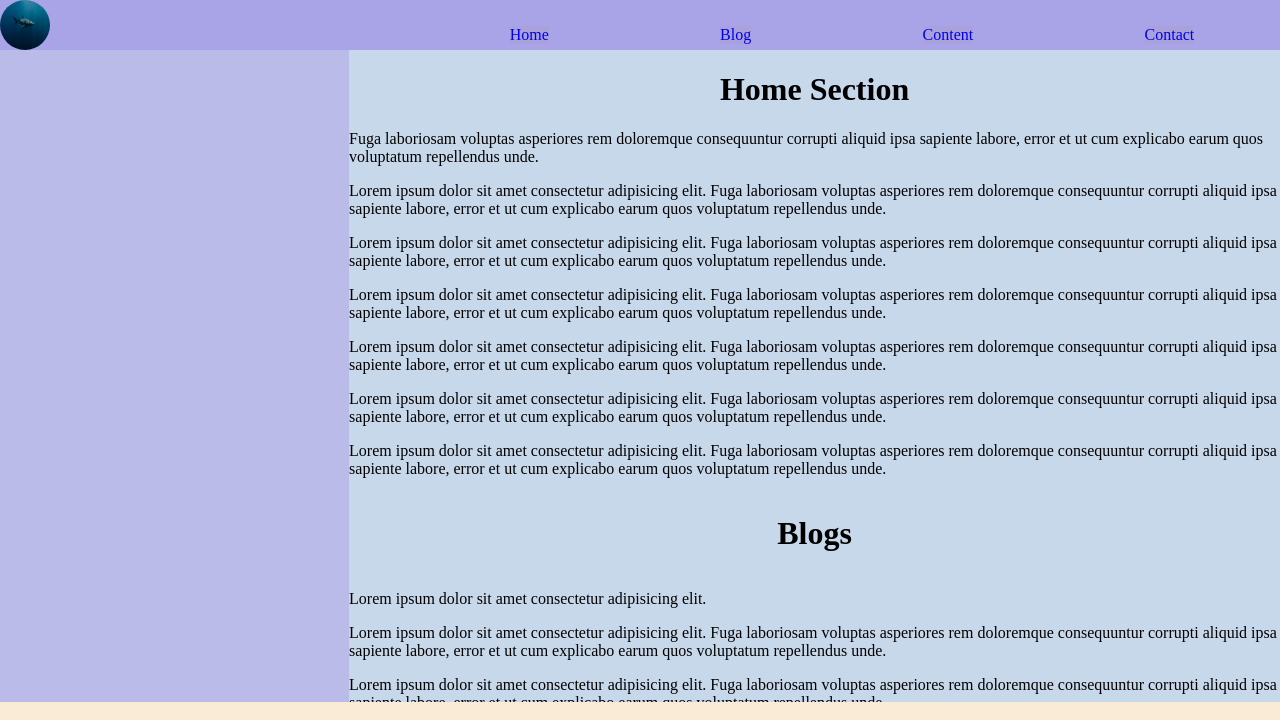
Repository: purnimapatel/fish-world
Page: index.html
These files come from the project's save history. The page is drawn as it stood at one moment and after the next save; the edit follows.
The browser window is 1280 px wide. The pictures show the whole page.
An inner scrolling area shows only its first screen.

Above is the page before, as saved 2024-08-25 15:18:18.

### index.html
<!DOCTYPE html>
<html lang="en">
<head>
    <meta charset="UTF-8">
    <meta name="viewport" content="width=device-width, initial-scale=1.0">
    <title>Document</title>
    <link  rel = "stylesheet" type = "text/css" href = "style.css"/>

    <!-- <link rel="stylesheet" type="text/css" href="styles.css"> -->

</head>
<body>
    <div class=" container">
        <div class = "navbar">
            <div id="logo">
                <a href="https://www.google.com/" target=" _blank"><img  id = "img1"src = "\img\image1.jpg"></a>
            </div>
            <div id = "list-content">
                <ul id="list">
                    <a href="#home"><li>Home</li></a>
                    <a href ="#blog"><li>Blog</li></a>
                    <a href="#content"><li>Content</li></a>
                    <a href="#contact"><li>Contact</li></a>
                </ul>
            </div>

        </div>
        <div class="lower">
        <div class ="leftPanel">
        </div>
        <div class = "mainBody">
            <div id="home">
                <div id = "header">
                    <h1> Home Section</h1>
                </div>
                Fuga laboriosam voluptas asperiores rem doloremque consequuntur corrupti aliquid ipsa sapiente labore, error et ut cum explicabo earum quos voluptatum repellendus unde.</p>
            <p>Lorem ipsum dolor sit amet consectetur adipisicing elit. Fuga laboriosam voluptas asperiores rem doloremque consequuntur corrupti aliquid ipsa sapiente labore, error et ut cum explicabo earum quos voluptatum repellendus unde.</p>
            <p>Lorem ipsum dolor sit amet consectetur adipisicing elit. Fuga laboriosam voluptas asperiores rem doloremque consequuntur corrupti aliquid ipsa sapiente labore, error et ut cum explicabo earum quos voluptatum repellendus unde.</p>
            <p>Lorem ipsum dolor sit amet consectetur adipisicing elit. Fuga laboriosam voluptas asperiores rem doloremque consequuntur corrupti aliquid ipsa sapiente labore, error et ut cum explicabo earum quos voluptatum repellendus unde.</p>
            <p>Lorem ipsum dolor sit amet consectetur adipisicing elit. Fuga laboriosam voluptas asperiores rem doloremque consequuntur corrupti aliquid ipsa sapiente labore, error et ut cum explicabo earum quos voluptatum repellendus unde.</p>
            <p>Lorem ipsum dolor sit amet consectetur adipisicing elit. Fuga laboriosam voluptas asperiores rem doloremque consequuntur corrupti aliquid ipsa sapiente labore, error et ut cum explicabo earum quos voluptatum repellendus unde.</p>
            <p>Lorem ipsum dolor sit amet consectetur adipisicing elit. Fuga laboriosam voluptas asperiores rem doloremque consequuntur corrupti aliquid ipsa sapiente labore, error et ut cum explicabo earum quos voluptatum repellendus unde.</p>

            </div>
            <div id ="blog">
                <div id = "header">
                    <h1> Blogs</h1>
                </div>
                <p>Lorem ipsum dolor sit amet consectetur adipisicing elit.
                    <p>Lorem ipsum dolor sit amet consectetur adipisicing elit. Fuga laboriosam voluptas asperiores rem doloremque consequuntur corrupti aliquid ipsa sapiente labore, error et ut cum explicabo earum quos voluptatum repellendus unde.</p>
                    <p>Lorem ipsum dolor sit amet consectetur adipisicing elit. Fuga laboriosam voluptas asperiores rem doloremque consequuntur corrupti aliquid ipsa sapiente labore, error et ut cum explicabo earum quos voluptatum repellendus unde.</p>
                    <p>Lorem ipsum dolor sit amet consectetur adipisicing elit. Fuga laboriosam voluptas asperiores rem doloremque consequuntur corrupti aliquid ipsa sapiente labore, error et ut cum explicabo earum quos voluptatum repellendus unde.</p>
                    <p>Lorem ipsum dolor sit amet consectetur adipisicing elit. Fuga laboriosam voluptas asperiores rem doloremque consequuntur corrupti aliquid ipsa sapiente labore, error et ut cum explicabo earum quos voluptatum repellendus unde.</p>
                    <p>Lorem ipsum dolor sit amet consectetur adipisicing elit. Fuga laboriosam voluptas asperiores rem doloremque </p>
                </div>
                <div id="content">
                    <div id = "header">
                        <h1> Content</h1>
                    </div>
                    <p>Lorem ipsum dolor sit amet consectetur adipisicing elit. Fuga laboriosam voluptas asperiores rem doloremque consequuntur corrupti aliquid ipsa sapiente labore, error et ut cum explicabo earum quos voluptatum repellendus unde.</p>
                    <p>Lorem ipsum dolor sit amet consectetur adipisicing elit. Fuga laboriosam voluptas asperiores rem doloremque consequuntur corrupti aliquid ipsa sapiente labore, error et ut cum explicabo earum quos voluptatum repellendus unde.</p>
                    <p>Lorem ipsum dolor sit amet consectetur adipisicing elit. Fuga laboriosam voluptas asperiores rem doloremque consequuntur corrupti aliquid ipsa sapiente labore, error et ut cum explicabo earum quos voluptatum repellendus unde.</p>
                    <p>Lorem ipsum dolor sit amet consectetur adipisicing elit. Fuga laboriosam voluptas asperiores rem doloremque </p>

                </div>
                <div id="contact">
                    <div id = "header">
                        <h1>Contact US</h1>
                    </div>
                    <div id = contact-form>
                    <form>
                        <div>
                            <Label>Name</Label>
                            <div >
                                <input class = "input" id = "name" type ="text" placeholder="Enter Your name here">
                            </div>

                        </div>
                        <div>
                            <Label>Email</Label>
                            <div >
                                <input class = "input" id = "email" type ="text" placeholder="Enter Your email here">
                                <p class = "hidden" id = "para">Please enter valid email</p>
                            </div>

                        </div>
                        <div>
                            <Label>Password</Label>
                            <div >
                                <input class = "input" id = "password" type ="password" placeholder="Enter Your password here">
                            </div>

                        </div>
                        <div>
                            <Label>Confirm Password</Label>
                            <div >
                                <input class = "input" id = "cpassword" type ="password" placeholder="Re-enter Your password here">
                            </div>

                        </div>
                        <div id = "btn">
                            <input id ="sub" type ="submit" value ="Submit"onclick="validateEmail(); emptyInput();">
                            </div>


                    </form>
                    </div>

                </div>




        </div>
    </div>
    </div>
    <script src = "index.js"></script>
</body>
</html>

### style.css
body{
   margin: 0;
   padding:0;
   display: flex;
   height:100vh;
   align-items: center;
   justify-content: center;
}
.container{
    height: 100vh;
    width:100vw;
    background-color:antiquewhite;

}
.navbar{
    width:100vw;
    height:50px;
    background-color:rgb(169, 164, 231);
    margin-bottom: 0;
    display: flex;
    justify-content: space-between;

}
.lower{
    display: flex;
}
.leftPanel{
    margin-top: 0px;
    width:30%;
    height:90.5vh;
    background-color:rgb(186, 187, 233);
}
.mainBody{
    background-color:rgb(200, 216, 235);
    height: 90.5vh;
    width:80%;
    overflow: scroll;

}
#img1{
    height: 50px;
    width:50px;
    background-size: cover;
    border-radius: 50px;
    cursor:pointer;

}
#list{
    display: flex;
    padding-top: 10px;
    list-style-type: none;
    justify-content: space-around;
}
#list li{
    cursor: pointer;
    background-color:rgba(158, 139, 139, 0.119)
}
#list-content{
    width: 70%
}
a{
    text-decoration: none;
}
#header {
    display: flex;
    justify-content: center;
    align-items:center;
}
#contact-form{
    display: flex;
    justify-content: center;
    align-items:center;
}

#btn{
    display: flex;
    justify-content: center;
    align-items:center;

}

#para{
    color:red;
}
.hidden{
    display: none;
}
.input{
    padding:10px;
    margin:5px;
    border:none;
    border-radius: 20px;
}
#sub{
    padding:10px 20px;
    margin-top: 10px;

    background-color:antiquewhite;
    color:blueviolet;
    border:none;
    border-radius: 5px;
    cursor: pointer;
}

### index.js
const email = document.getElementById("email");
const password = document.getElementById("password");
const cpassword = document.getElementById("cpassword");
const message = document.getElementById("para");
let nameVal= document.getElementById("name");
let emailVal = document.getElementById("email");
let passwordVal = document.getElementById("password");
let cpasswordVal = document.getElementById("cpassword");

function validateEmail(){
    const emailFormat=/^[a-zA-Z0-9._%+-]+@[a-zA-Z0-9.-]+\.[a-zA-Z]{2,}$/;
    const val = email.value;
    if(emailFormat.test(val)){
        message.classList.add("hidden");
    }
    else{
        message.classList.remove("hidden");
    }
}
function emptyInput(){
    nameVal.value = "";
    emailVal.value="";
    passwordVal.value="";
    cpasswordVal.value = "";

}

After the next save:
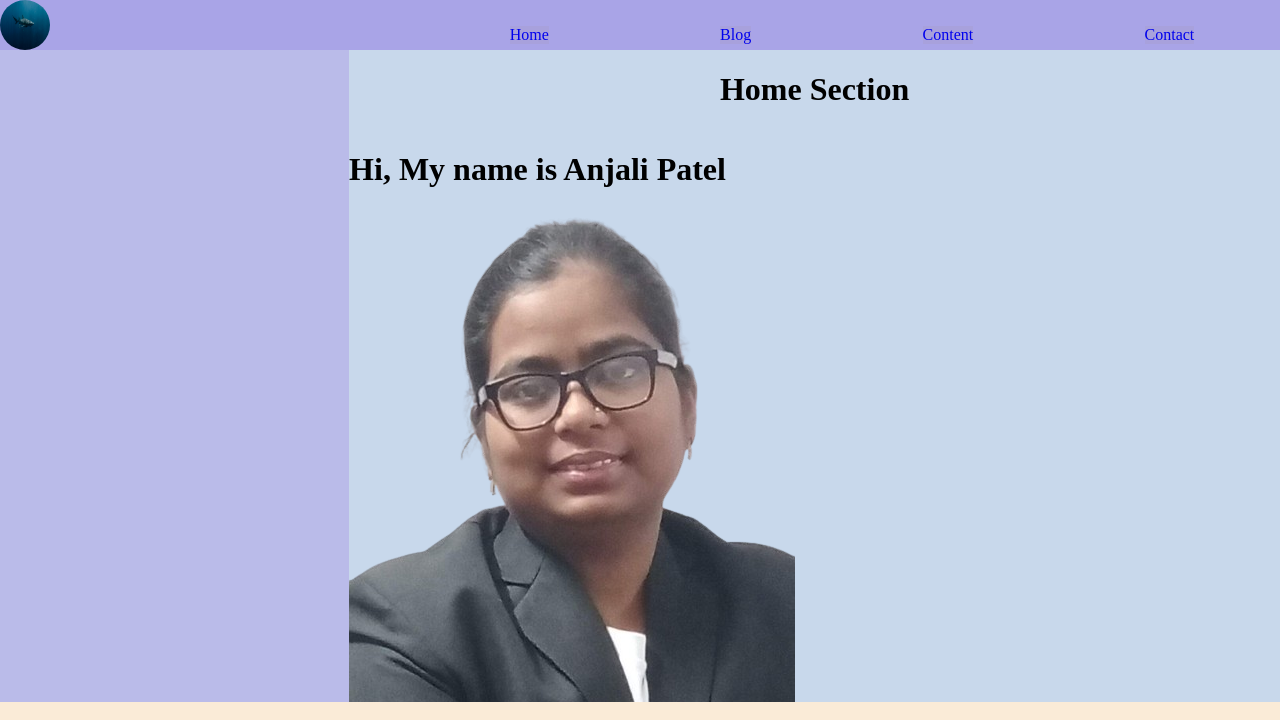
Saved 3 min 6 s later.
--- a/index.html
+++ b/index.html
@@ -33,13 +33,13 @@
                 <div id = "header">
                     <h1> Home Section</h1>
                 </div>
-                Fuga laboriosam voluptas asperiores rem doloremque consequuntur corrupti aliquid ipsa sapiente labore, error et ut cum explicabo earum quos voluptatum repellendus unde.</p>
-            <p>Lorem ipsum dolor sit amet consectetur adipisicing elit. Fuga laboriosam voluptas asperiores rem doloremque consequuntur corrupti aliquid ipsa sapiente labore, error et ut cum explicabo earum quos voluptatum repellendus unde.</p>
-            <p>Lorem ipsum dolor sit amet consectetur adipisicing elit. Fuga laboriosam voluptas asperiores rem doloremque consequuntur corrupti aliquid ipsa sapiente labore, error et ut cum explicabo earum quos voluptatum repellendus unde.</p>
-            <p>Lorem ipsum dolor sit amet consectetur adipisicing elit. Fuga laboriosam voluptas asperiores rem doloremque consequuntur corrupti aliquid ipsa sapiente labore, error et ut cum explicabo earum quos voluptatum repellendus unde.</p>
-            <p>Lorem ipsum dolor sit amet consectetur adipisicing elit. Fuga laboriosam voluptas asperiores rem doloremque consequuntur corrupti aliquid ipsa sapiente labore, error et ut cum explicabo earum quos voluptatum repellendus unde.</p>
-            <p>Lorem ipsum dolor sit amet consectetur adipisicing elit. Fuga laboriosam voluptas asperiores rem doloremque consequuntur corrupti aliquid ipsa sapiente labore, error et ut cum explicabo earum quos voluptatum repellendus unde.</p>
-            <p>Lorem ipsum dolor sit amet consectetur adipisicing elit. Fuga laboriosam voluptas asperiores rem doloremque consequuntur corrupti aliquid ipsa sapiente labore, error et ut cum explicabo earum quos voluptatum repellendus unde.</p>
+               <div id = "home-content">
+                <h1>Hi, My name is Anjali Patel</h1>
+               </div>
+               <div id = "about">
+                <img src ="img/image2.png">
+               </div>
+
 
             </div>
             <div id ="blog">
